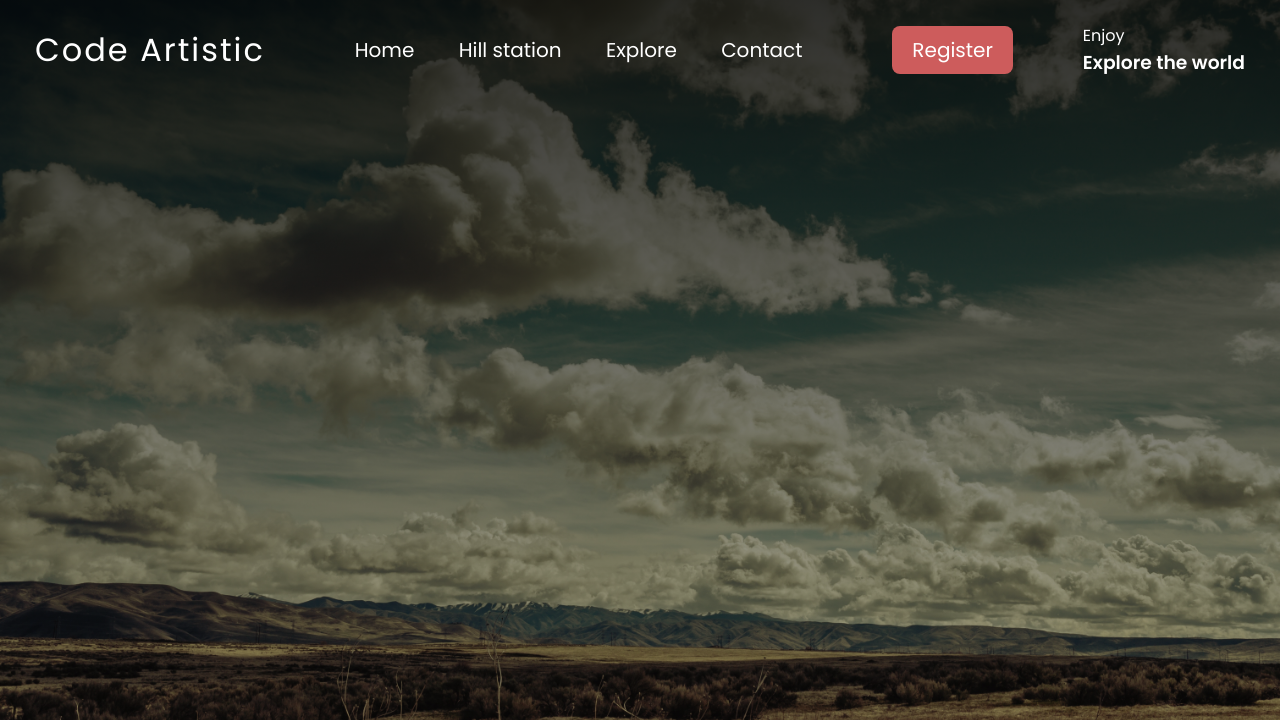
Repository: Ruxmary7/energy
Page: starter/index.html
An editor plug-in stored every save of this project. The page is shown before and after a run of saves, followed by the edit.
The browser window is 1280 px wide. The pictures show the whole page.

Above is the page before, as saved 2025-01-10 22:09:49.

After the next 5 saves:
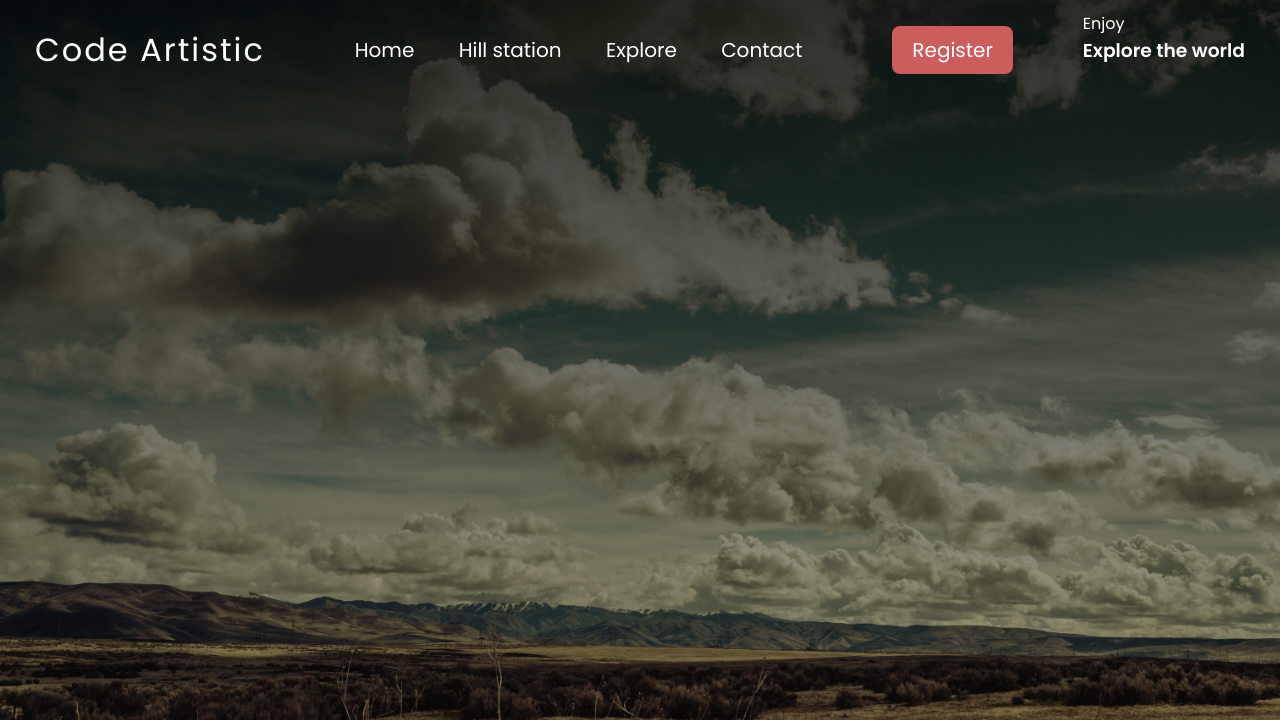
The 5 saves are shown as one change because they came seconds apart.
The last was saved 16 s later.
--- a/starter/index.html
+++ b/starter/index.html
@@ -24,6 +24,8 @@ Code Artistic
 </div>
 <section><span>Enjoy</span>
 <h1>Explore the world</h1>
+<br>
+<a href="#"></a>
 </section>
 
     </header>
